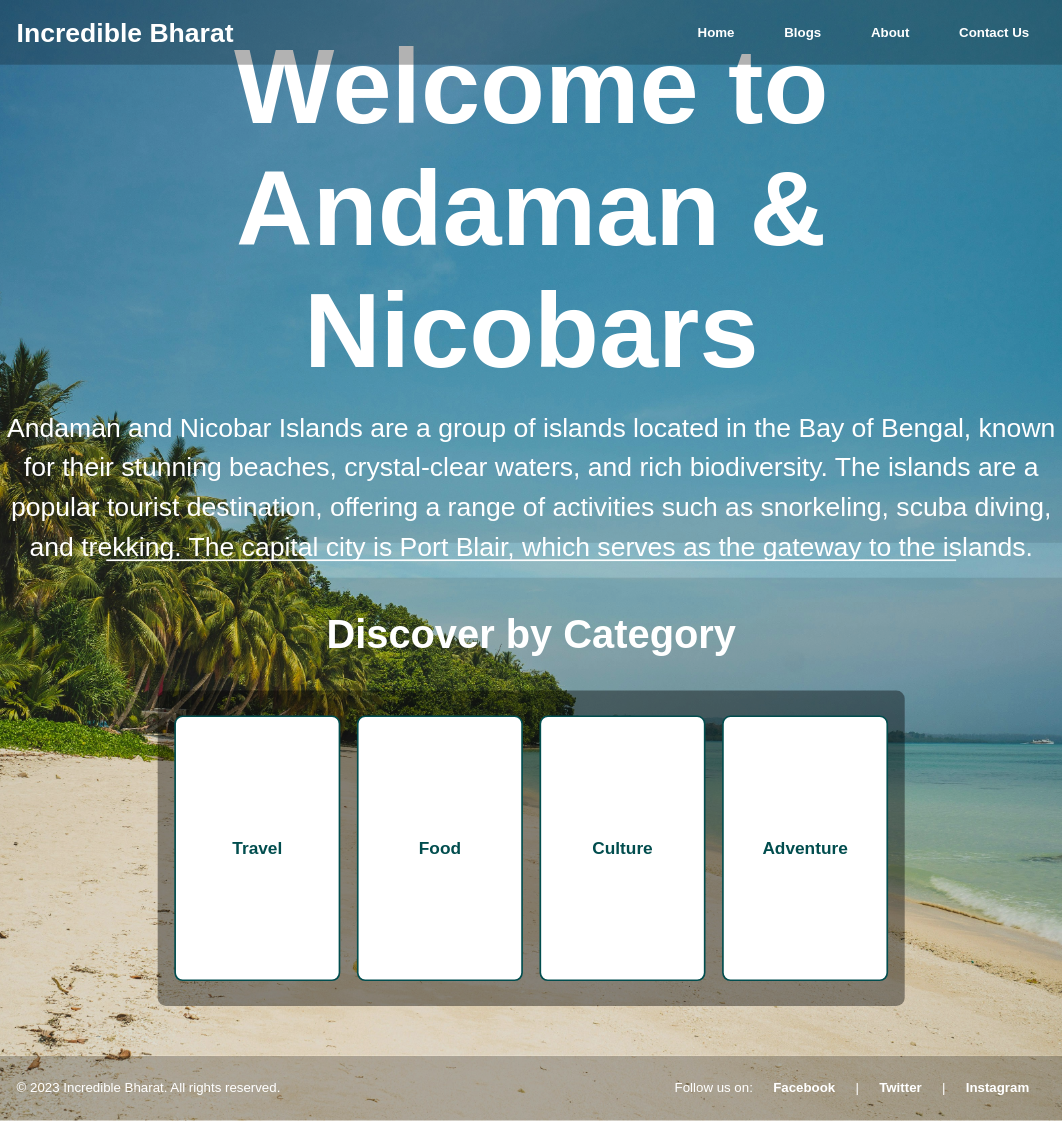
Repository: jaidhiman111/incrediblebharat
Page: destinations/Andaman&Nicobar.html
An editor plug-in stored every save of this project. The page is shown before and after a run of saves, followed by the edit.
The browser window is 1280 px wide. The pictures show the whole page, at 83% of full size.

Above is the page before, as saved 2025-04-30 23:34:50.

After the next 2 saves:
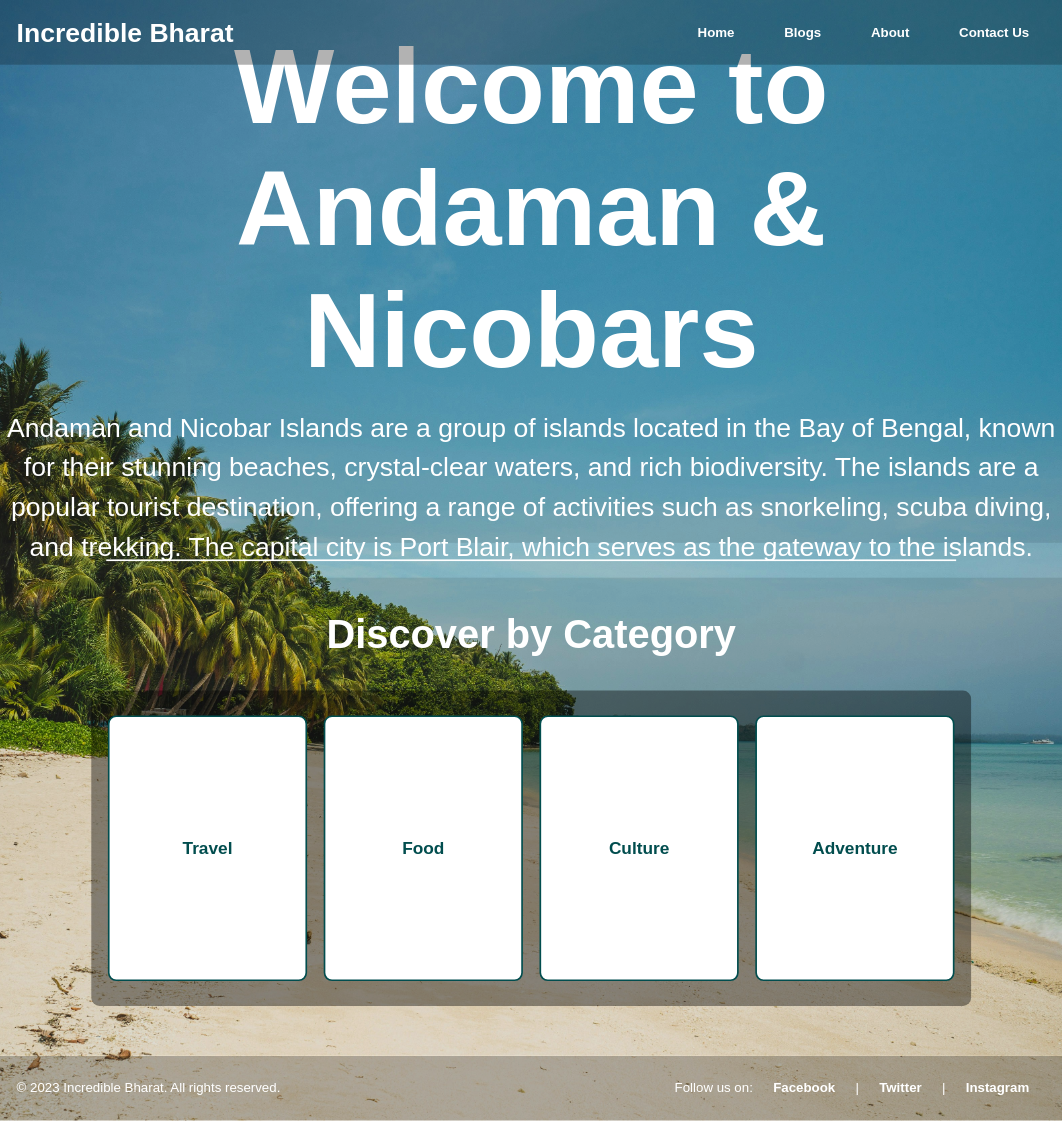
The 2 saves are shown as one change because they came seconds apart.
The last was saved 17 s later.
--- a/assets/style.css
+++ b/assets/style.css
@@ -162,7 +162,7 @@ hr {
     color: #014d4e;
     border: 2px solid #014d4e;
     border-radius: 10px;
-    width: 200px;
+    width: 15rem;
     height: 20rem;
     display: flex;
     align-items: center;
